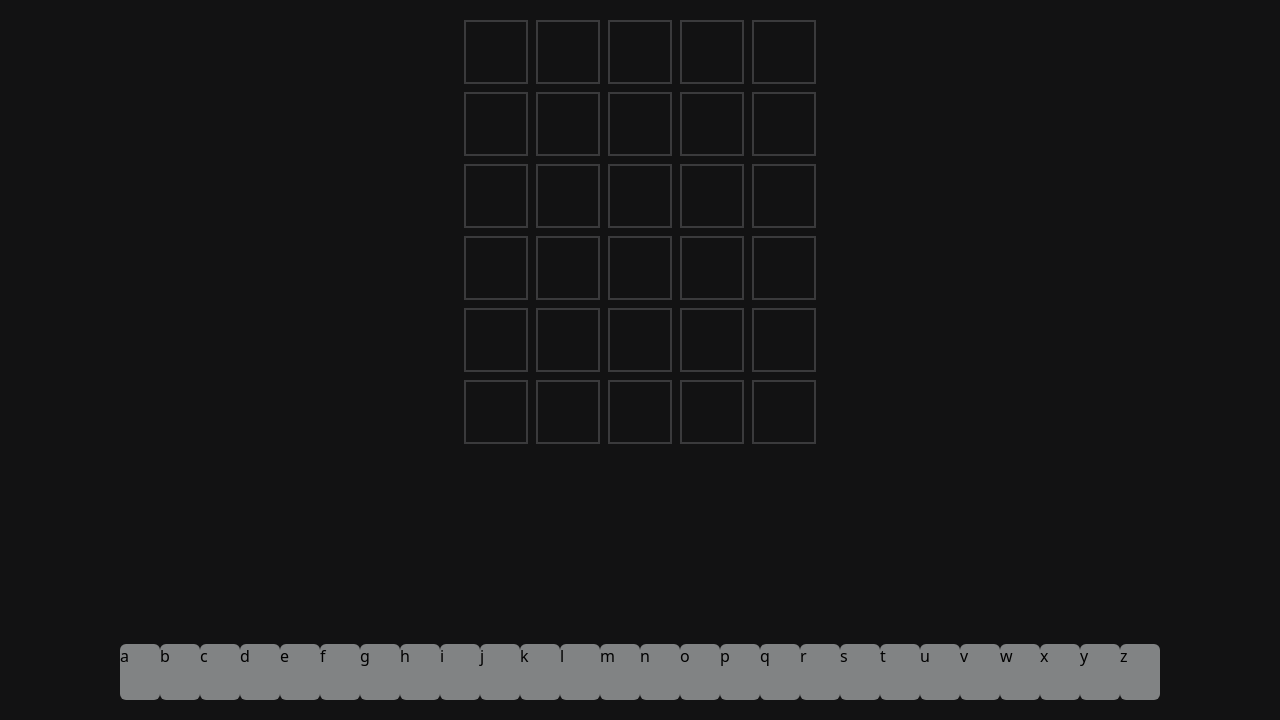
Repository: maxempolk/wordle-app
Page: / (app in frontend/)
An editor plug-in stored every save of this project. The page is shown before and after the next save, followed by the edit.
The browser window is 1280 px wide. The pictures show the whole page.
The project was rebuilt for these pictures with package versions that can differ from the ones it lists, and the page was loaded fresh each time. Also part of the build but not shown: frontend/vite.config.ts.

Above is the page before, as saved 2025-02-19 03:16:47.

### frontend/src/assets/main.css
@import 'tailwindcss';

body {
  background-color: #121213;
}

### frontend/src/App.vue
<script setup lang="ts">
import { computed, onMounted, ref } from 'vue'
import TheLetter from './components/TheLetter.vue'
import { useTemplateRef } from 'vue'
import { paintWordle } from './utils/wordle'
import { useRealWordStore } from './stores/realWord'
import theKeyboard from '@/components/TheKeyboard.vue'

const store = useRealWordStore()

const words = ref<string[]>([])
const currentWord = ref<string>('')

type letterType = InstanceType<typeof TheLetter>
const letters = useTemplateRef<letterType[]>('letter')

const completeWord = () => {
  if (words.value.length >= 6 || currentWord.value === undefined) return
  words.value.push(currentWord.value)
  currentWord.value = ''
}

const slotsForCurrentWord = () => {
  const count = words.value.length
  return Array.from({ length: 5 }, (_, i) => count * 5 + i)
}

onMounted(() => {
  addEventListener('keydown', (e: KeyboardEvent) => {
    if (e.key == 'Enter' && currentWord.value.length == 5) {
      const colors = paintWordle(store.word, currentWord.value)
      slotsForCurrentWord().forEach((el: number) => {
        if (letters.value !== null) {
          letters.value[el].completeAnimation(colors[el % 5])
        }
      })
      completeWord()
    } else if (e.key == 'Backspace') currentWord.value = currentWord.value.slice(0, -1)
    else if (e.key.length == 1 && currentWord.value.length < 5) {
      currentWord.value += e.key
    }
  })
})

const rawData = computed(() => {
  return words.value.reduce((word1, word2) => word1 + word2, '') + currentWord.value
})
</script>

<template>
  <div class="flex w-screen h-screen justify-center items-center flex-col gap-50">
    <div class="grid gap-2 grid-cols-5 w-fit">
      <TheLetter v-for="i in 30" :key="i" :model-value="rawData[i - 1]" ref="letter" />
    </div>
    <theKeyboard />
  </div>
</template>

<style scoped></style>

### frontend/src/components/TheLetter.vue
<script setup lang="ts">
import { computed, ref, watch } from 'vue'
import { type State } from '@/types/state'

const props = defineProps<{
  modelValue?: string
}>()

const isRotated = ref(false)
const isScaled = ref(false)
const colors = ref<string[]>([])

const scaleAnimation = () => {
  isScaled.value = true

  setTimeout(() => {
    isScaled.value = false
  }, 150)
}

const stateToColor = (state: State) => {
  if (state == 'placed') return ['bg-[#548D4F]', 'border-[#548D4F]']
  else if (state == 'in-word') return ['bg-[#B69F3B]', 'border-[#B69F3B]']
  return ['bg-[#3A3A3C]', 'border-[#3A3A3C]']
  // else if (state == 'wrong') return 'bg-[#3A3A3C]'
}

const completeAnimation = (state: State) => {
  isRotated.value = true

  setTimeout(() => {
    colors.value = stateToColor(state)
  }, 150)
}

const borderDefaultColor = computed(() => {
  if (isRotated.value) return ''
  if (props.modelValue == undefined) if (props.modelValue === undefined) return 'border-[#3A3A3C]'
  return 'border-[#565758]'
})

watch(
  () => props.modelValue,
  () => {
    scaleAnimation()
  },
)

defineExpose({ completeAnimation })
</script>

<template>
  <div
    class="w-16 h-16 border-2 text-white flex justify-center items-center text-3xl uppercase duration-150"
    :class="[
      ...colors,
      borderDefaultColor,
      { rotateAnimation: isRotated },
      { 'scale-110': isScaled },
    ]"
    ref="block"
  >
    {{ modelValue }}
  </div>
</template>

<style scoped>
@keyframes rotateAnimationKeyFrames {
  0% {
    transform: scaleY(1);
  }
  50% {
    transform: scaleY(0);
  }
  100% {
    transform: scaleY(1);
  }
}

.rotateAnimation {
  animation: rotateAnimationKeyFrames 0.3s linear;
}
</style>

### frontend/src/utils/wordle.ts
import type { State } from '@/types/state'

export function paintWordle(guess: string, secretWord: string) {
  guess = guess.toLowerCase()
  secretWord = secretWord.toLowerCase()

  if (guess.length !== secretWord.length) {
    throw new Error('Words must be of the same length')
  }

  const result = Array(guess.length).fill('wrong')
  const secretWordArray = secretWord.split('') as Array<string | null>

  for (let i = 0; i < guess.length; i++) {
    if (guess[i] === secretWord[i]) {
      result[i] = 'placed'
      secretWordArray[i] = null
    }
  }

  for (let i = 0; i < guess.length; i++) {
    if (result[i] !== 'correct') {
      const index = secretWordArray.indexOf(guess[i])
      if (index !== -1) {
        result[i] = 'in-word'
        secretWordArray[index] = null
      }
    }
  }

  return result as State[]
}

### frontend/src/stores/realWord.ts
import { defineStore } from 'pinia'

export const useRealWordStore = defineStore('realWord', {
  state: () => ({
    word: 'penis',
  }),
  getters: {
    wordValue: (state) => state.word,
  },
  actions: {
    change(newWord: string) {
      this.word = newWord
    },
  },
})

### frontend/src/components/TheKeyboard.vue
<script setup lang="ts">
const alph = 'abcdefghijklmnopqrstuvwxyz'
</script>

<template>
  <div class="flex">
    <div class="bg-[#818384] h-14 w-10 rounded-md" v-for="char in alph" :key="char">
      {{ char }}
    </div>
  </div>
</template>

Loaded but not shown: frontend/index.html (common file); frontend/src/main.ts (common file)

After the next save:
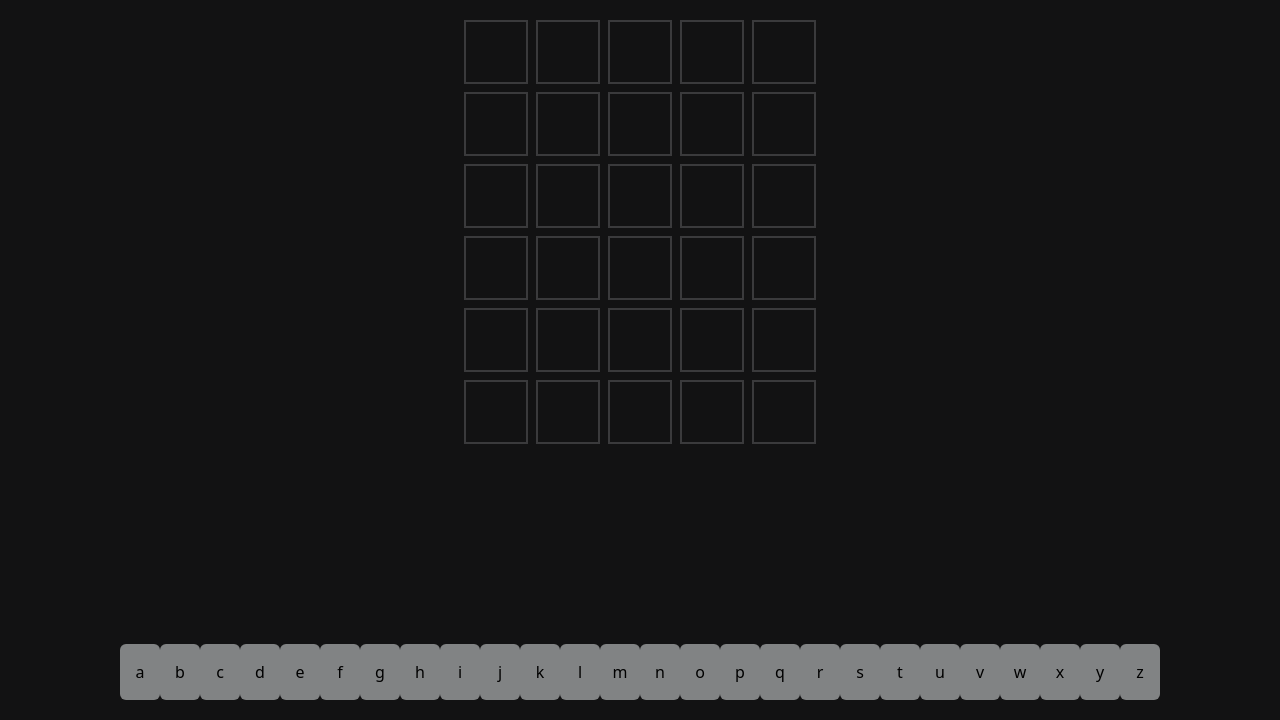
Saved 7 s later.
--- a/frontend/src/components/TheKeyboard.vue
+++ b/frontend/src/components/TheKeyboard.vue
@@ -4,7 +4,11 @@ const alph = 'abcdefghijklmnopqrstuvwxyz'
 
 <template>
   <div class="flex">
-    <div class="bg-[#818384] h-14 w-10 rounded-md" v-for="char in alph" :key="char">
+    <div
+      class="bg-[#818384] h-14 w-10 rounded-md flex justify-center items-center"
+      v-for="char in alph"
+      :key="char"
+    >
       {{ char }}
     </div>
   </div>
